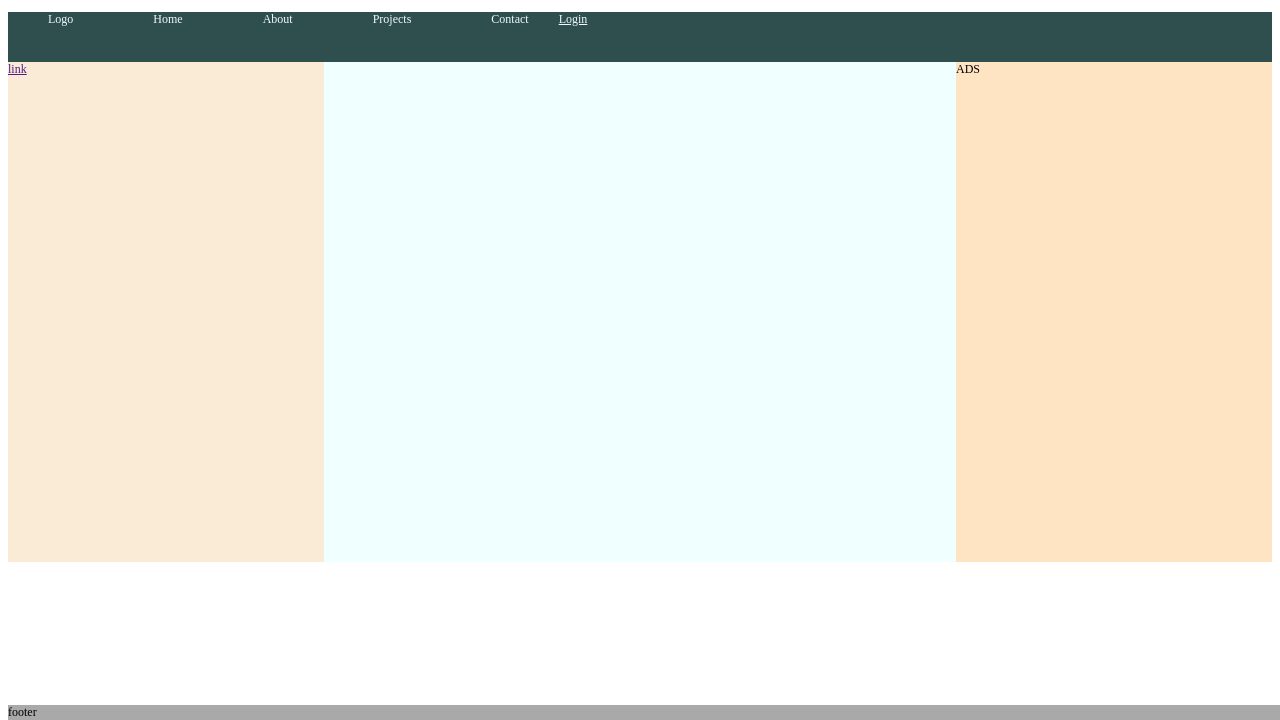
Repository: congle98/CSS_LayoutRWDCoBan
Page: index.html
An editor plug-in stored every save of this project. The page is shown before and after a run of saves, followed by the edit.
The browser window is 1280 px wide. The pictures show the whole page.

Above is the page before, as saved 2021-05-26 16:19:09.

After the next 2 saves:
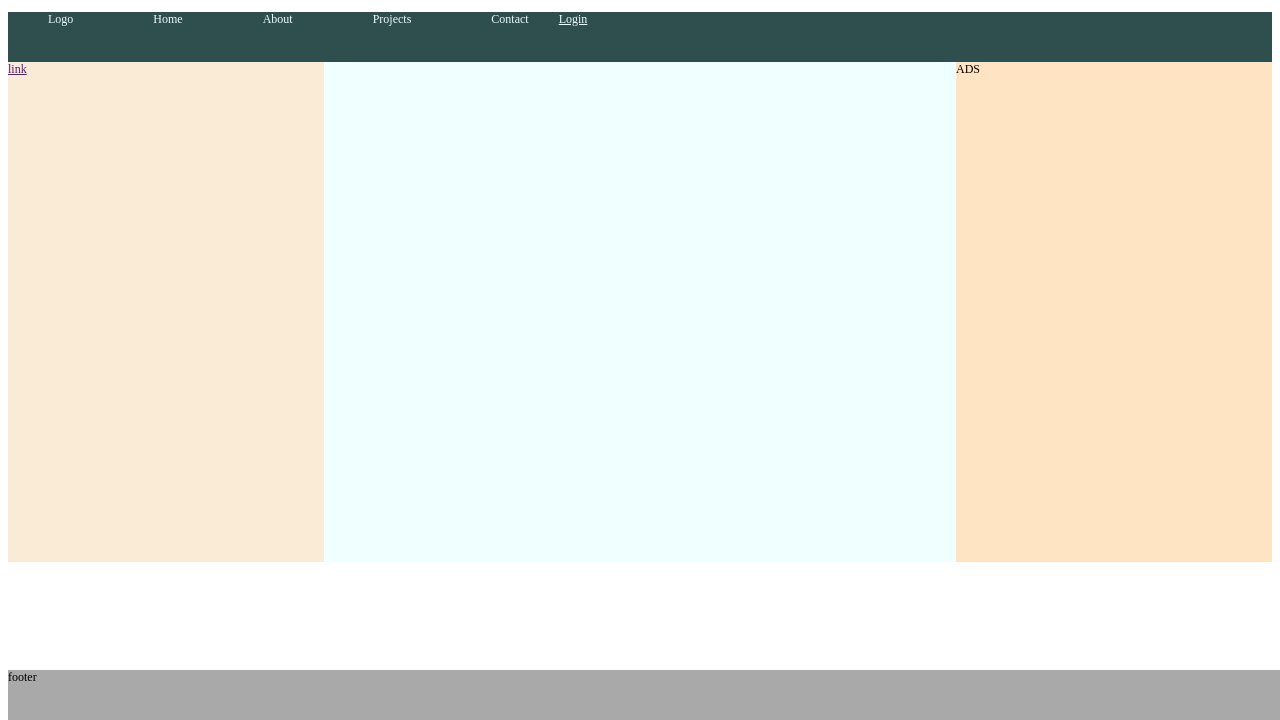
The 2 saves are shown as one change because they came seconds apart.
The last was saved 5 s later.
--- a/index.html
+++ b/index.html
@@ -64,7 +64,8 @@
             background-color: darkgray;
             position: fixed;
             bottom: 0;
-            height: ;
+            height: 50px;
+
         }
     </style>
 </head>
